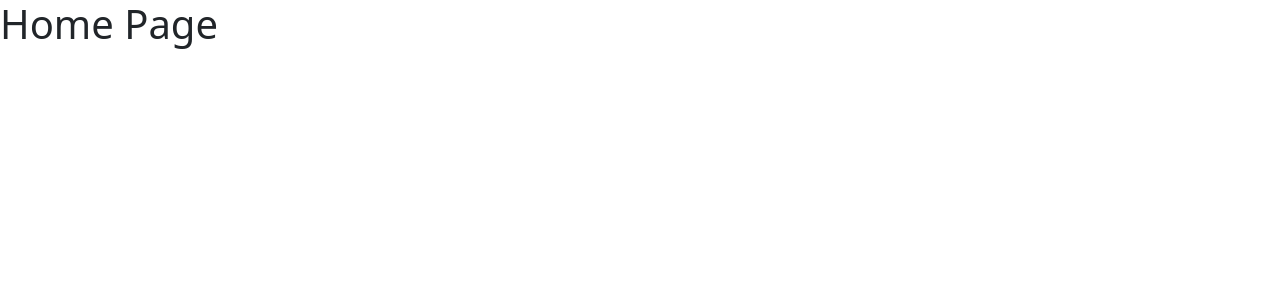
Repository: SandeepSharma2002/JavaProjects
Page: http://localhost/ENotes/home.jsp
The author's editor kept a copy of each file at every save. The page is drawn from the files as they stood at one save, then again after the next save.
The browser window is 1280 px wide. The pictures show the whole page.
The page is served by Tomcat 9.

Above is the page before, as saved 2023-10-24 17:52:26.

After the next save:
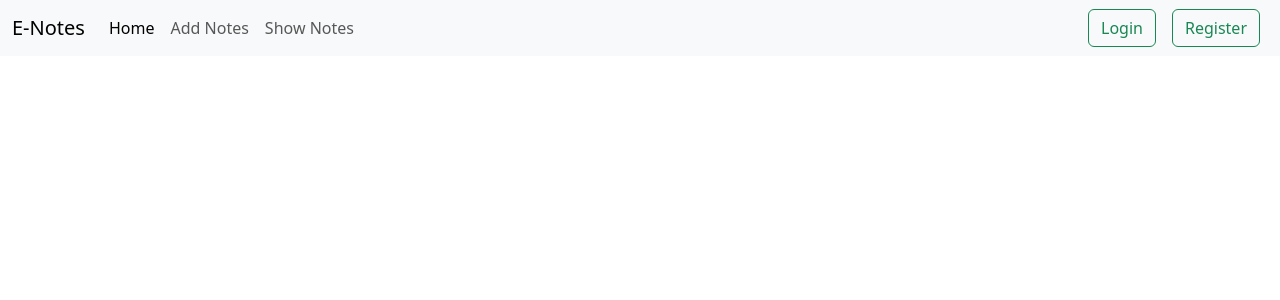
Saved 74 s later.
--- a/ENotes/src/main/webapp/home.jsp
+++ b/ENotes/src/main/webapp/home.jsp
@@ -8,6 +8,6 @@
 <title>Insert title here</title>
 </head>
 <body>
-<h1>Home Page</h1>
+<%@include file="Components/Navbar.jsp"%>
 </body>
 </html>
